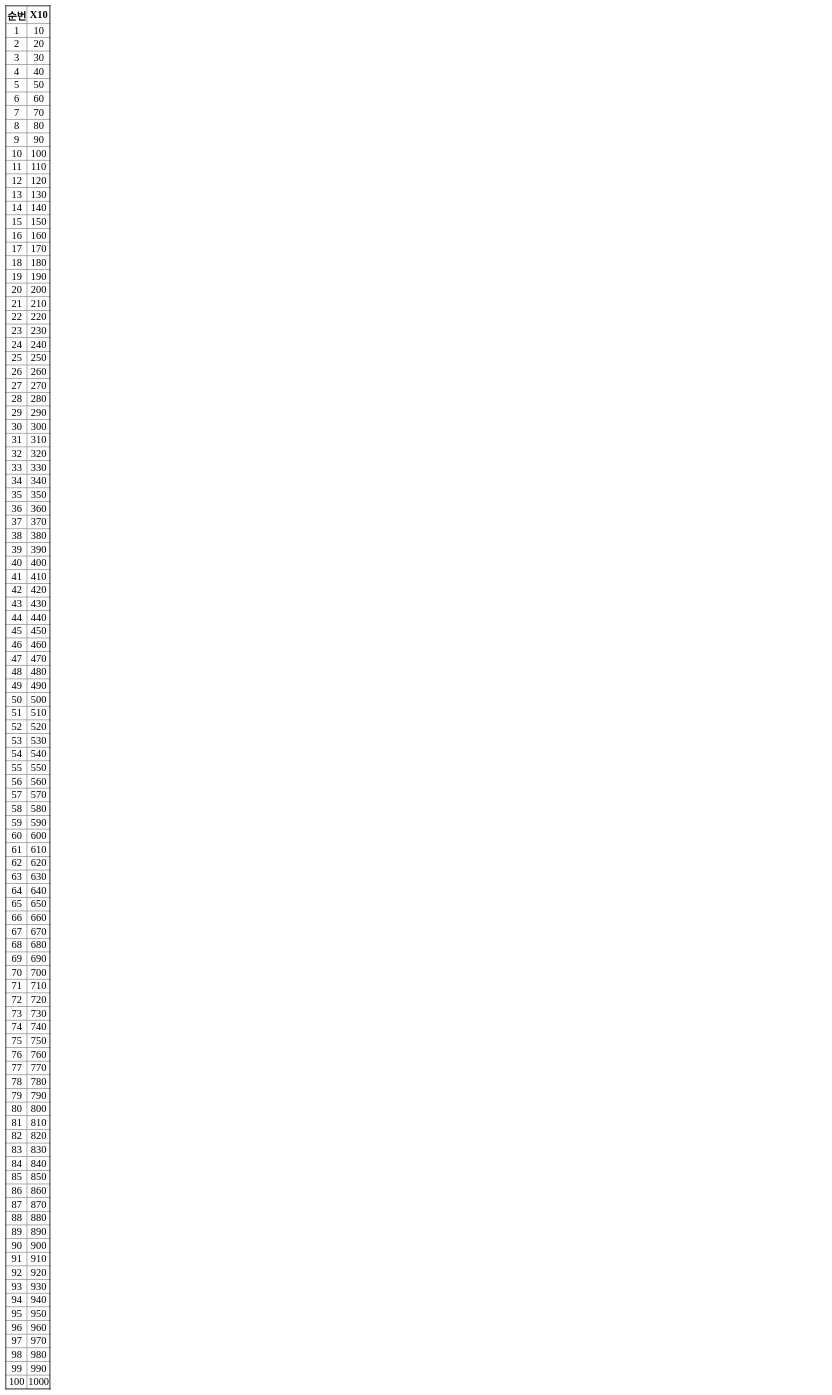
Repository: hus0124/M-IT
Page: http://localhost/Test2/table.jsp
These files come from the project's save history. The page is drawn as it stood at one moment and after the next save; the edit follows.
The browser window is 1280 px wide. The pictures show the whole page, at 65% of full size.
The page is served by Tomcat 9.

Above is the page before, as saved 2019-12-31 07:43:10.

### JSP_Workspaces/Test2/WebContent/table.jsp
<%@ page language="java" contentType="text/html; charset=EUC-KR"
    pageEncoding="EUC-KR"%>
<!DOCTYPE html PUBLIC "-//W3C//DTD HTML 4.01 Transitional//EN" "http://www.w3.org/TR/html4/loose.dtd">
<html>
<head>
<meta http-equiv="Content-Type" content="text/html; charset=EUC-KR">
<title>Insert title here</title>
</head>
<body>
<table border="2" style="border-collapse:collapse; text-align:center;">
<tr><th>순번</th><th>X10</th></tr>
<%
for(int i = 1; i < 101; i++){ %>
	<tr><td><%=i %></td>
	<td><%=i*10 %></td></tr>
<% } %>


</table>
</body>
</html>

After the next save:
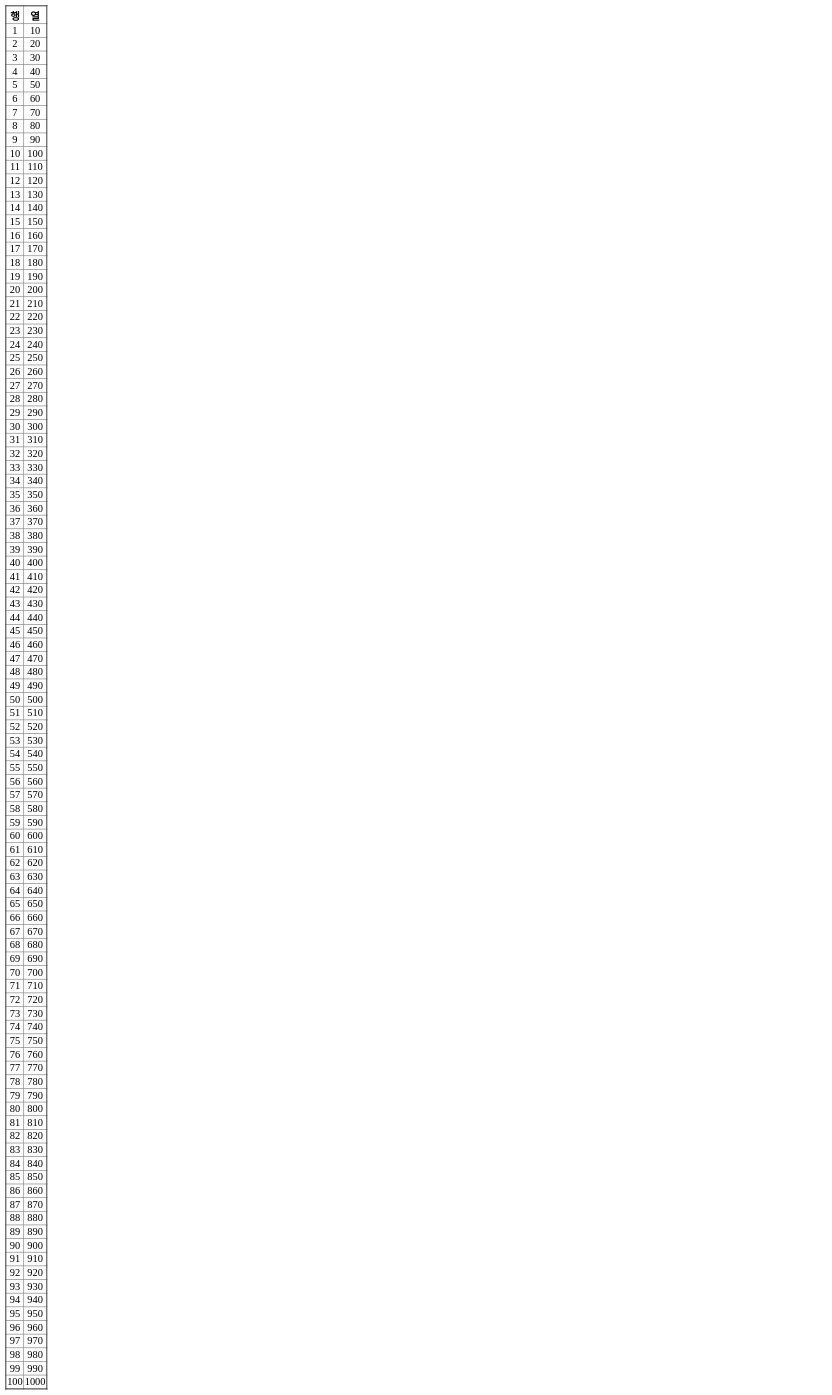
Saved 45 s later.
--- a/JSP_Workspaces/Test2/WebContent/table.jsp
+++ b/JSP_Workspaces/Test2/WebContent/table.jsp
@@ -8,7 +8,7 @@
 </head>
 <body>
 <table border="2" style="border-collapse:collapse; text-align:center;">
-<tr><th>순번</th><th>X10</th></tr>
+<tr><th>행</th><th>열</th></tr>
 <%
 for(int i = 1; i < 101; i++){ %>
 	<tr><td><%=i %></td>
